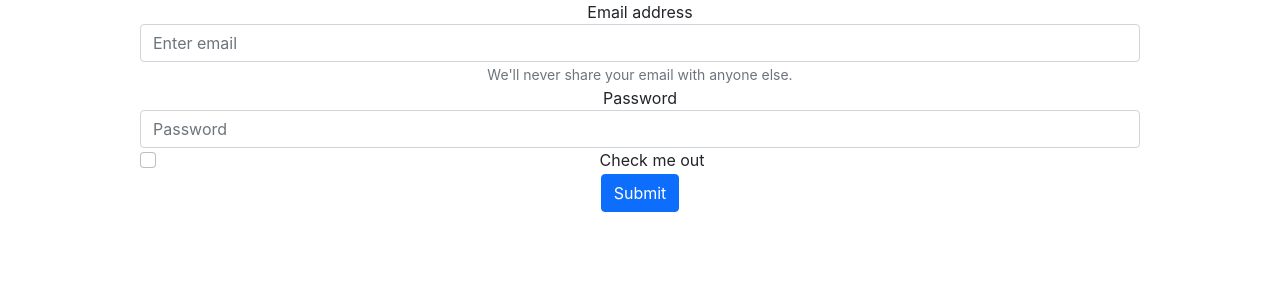
Repository: Osomhe1/bitmama2
Page: /
These files come from the project's save history. The page is drawn as it stood at one moment and after a run of saves; the edit follows.
The browser window is 1280 px wide. The pictures show the whole page.
The project was rebuilt for these pictures with package versions that can differ from the ones it lists, and the page was loaded fresh each time.

Above is the page before, as saved 2022-05-08 19:49:33.

### src/App.js
import './App.css';
import Login from './component/Login';

function App() {
  return (
    <div className="App">

      <Login />

    </div>
  );
}

export default App;

### src/App.css
.App {
  text-align: center;
  max-width: 1000px;
  margin: auto;
}

### src/component/Login.js
import React from 'react'

export default function Login() {
  return (
    <div className='col-sm-12 col-' >
        <form>
  <div className="form-group">
    <label for="exampleInputEmail1">Email address</label>
    <input type="email" className="form-control" id="exampleInputEmail1" aria-describedby="emailHelp" placeholder="Enter email" />
    <small id="emailHelp" className="form-text text-muted">We'll never share your email with anyone else.</small>
  </div>
  <div className="form-group">
    <label for="exampleInputPassword1">Password</label>
    <input type="password" className="form-control" id="exampleInputPassword1" placeholder="Password" />
  </div>
  <div className="form-check">
    <input type="checkbox" className="form-check-input" id="exampleCheck1" />
    <label className="form-check-label" for="exampleCheck1">Check me out</label>
  </div>
  <button type="submit" className="btn btn-primary">Submit</button>
</form>
    </div>
  )
}

Loaded but not shown: public/index.html (common file); src/index.js (common file); src/index.css (common file); src/reportWebVitals.js (common file)

After the next 2 saves:
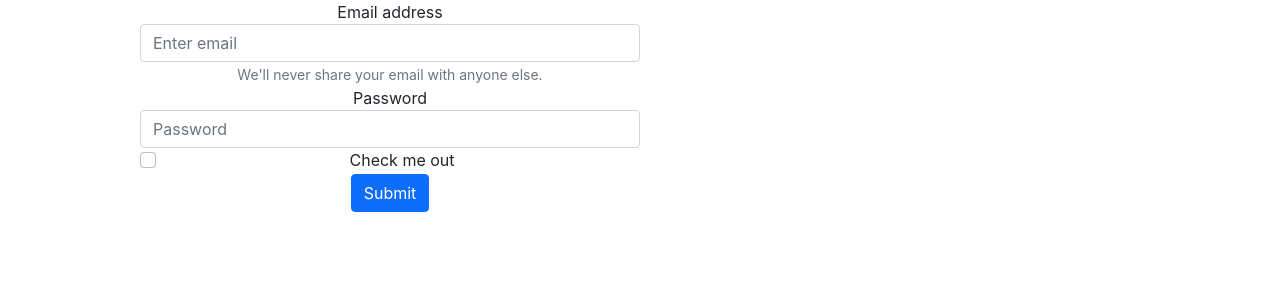
The 2 saves are shown as one change because they came seconds apart.
The last was saved 7 s later.
--- a/src/component/Login.js
+++ b/src/component/Login.js
@@ -2,7 +2,7 @@ import React from 'react'
 
 export default function Login() {
   return (
-    <div className='col-sm-12 col-' >
+    <div className='col-sm-12 col-md-6 col-' >
         <form>
   <div className="form-group">
     <label for="exampleInputEmail1">Email address</label>
